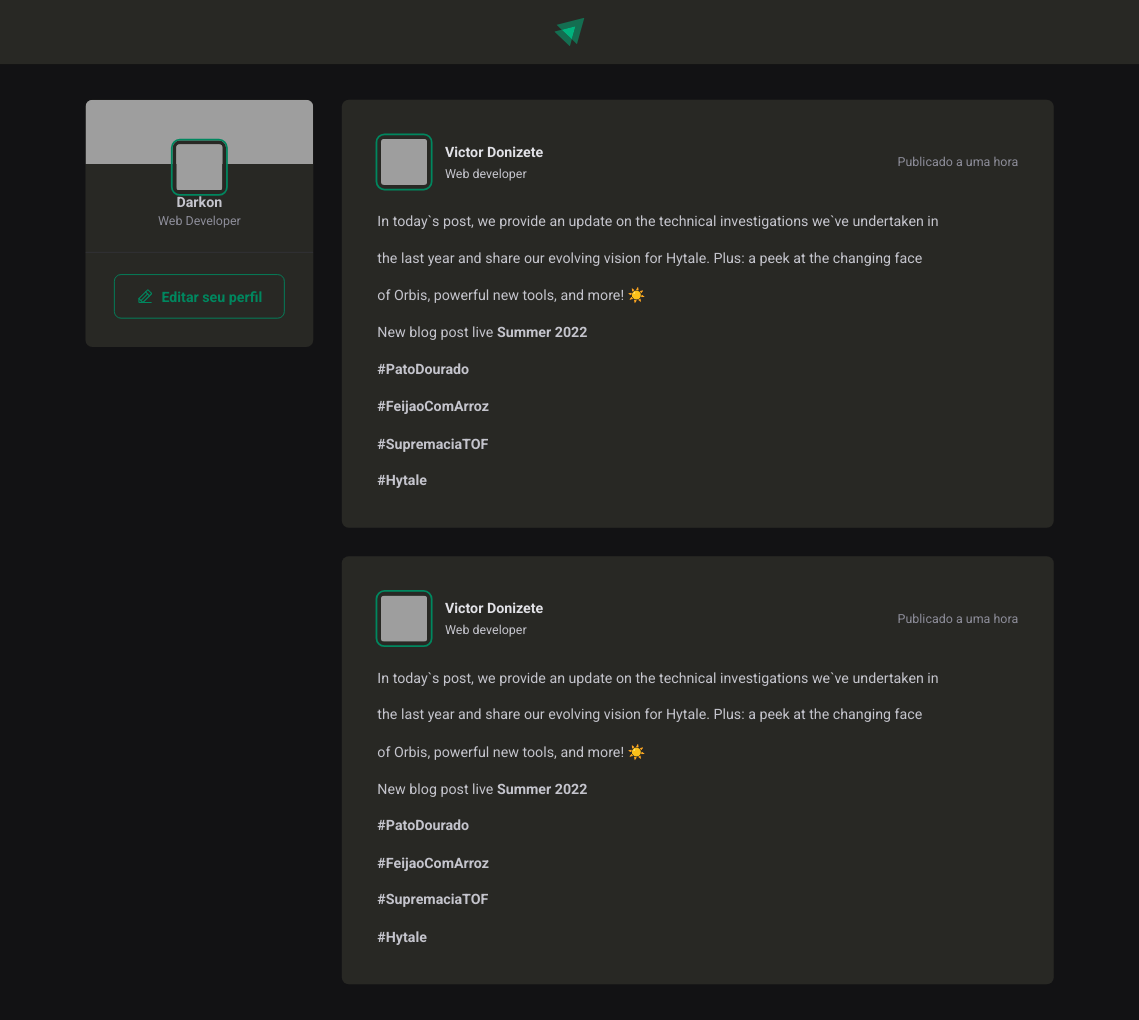
Repository: viviij/PseudoRedeSocial
Page: /
The author's editor kept a copy of each file at every save. The page is drawn from the files as they stood at one save, then again after the next save.
The browser window is 1280 px wide. The pictures show the whole page, at 89% of full size.
Pictures or frames that could not be fetched are drawn as grey boxes. The project was rebuilt for these pictures with package versions that can differ from the ones it lists, and the page was loaded fresh each time. Also part of the build but not shown: vite.config.js.

Above is the page before, as saved 2022-08-02 12:26:07.

### index.html
<!DOCTYPE html>
<html lang="en">
  <head>
    <meta charset="UTF-8" />
    <link rel="preconnect" href="https://fonts.googleapis.com">
    <link rel="preconnect" href="https://fonts.gstatic.com" crossorigin>
    <link rel="icon" type="image/svg+xml" href="/vite.svg" />
    <meta name="viewport" content="width=device-width, initial-scale=1.0" />
    <link href="https://fonts.googleapis.com/css2?family=Roboto:wght@400;700&display=swap" rel="stylesheet">
    <title>RedeSocial</title>
  </head>
  <body>
    <div id="root"></div>
    <script type="module" src="/src/main.jsx"></script>
  </body>
</html>

### src/App.jsx
import { Header } from "./components/header";
import { Sidebar } from "./components/Sidebar"
import { Post } from "./components/Post"

import styles from "./App.module.css"
import "./global.css"
export function App() {
  return (
    <div>
      <Header />

      <div className={styles.wrapper}>
        <Sidebar />
        <main>
          <Post
            author="Victor Donizete"
            content="Texto generico criado apenas para simular uma postagem"
          />
          <Post
            author="Fernanda Medeiros"
            content="Texto generico criado apenas para simular uma postagem"
          />
        </main>
      </div>
    </div>
  )
}

### src/components/header.jsx
import styles from "./Header.module.css"

import IgniteLogo from '../assets/IgniteLogo.svg'

export function Header() {
  return (
    <header className={styles.header}>
      <img src={IgniteLogo} alt="Logo da ignite" />
    </header>
  )
}

### src/components/Sidebar.jsx
import styles from "./Sidebar.module.css"
import { PencilLine } from "phosphor-react"

export function Sidebar() {
  return (
    <aside className={styles.sidebar}>
      <img
        className={styles.cover}
        src="https://images.unsplash.com/photo-1659095579647-7c1bbc73b36f?ixlib=rb-1.2.1&ixid=MnwxMjA3fDB8MHxlZGl0b3JpYWwtZmVlZHw1fHx8ZW58MHx8fHw%3D&auto=format&fit=crop&w=500&q=10" alt="plano de fundo"
      />

      <div className={styles.profile}>
        <img
          className={styles.avatar}
          src="https://github.com/viviij.png" alt="Foto de perfil" />

        <strong>Darkon</strong>
        <span>Web Developer</span>
      </div>

      <footer>
        <a
          href="#">
          <PencilLine
            size={20}
          />
          Editar seu perfil
        </a>
      </footer>
    </aside>
  )
}

### src/components/Post.jsx
import styles from "./Post.module.css"

export function Post() {
  return (
    <article className={styles.post}>
      <header>
        <div className={styles.author}>
          <img className={styles.avatar} src="https://github.com/viviij.png" alt="Foto do perfil" />
          <div className={styles.authorInfo}>
            <strong>Victor Donizete</strong>
            <span>Web developer</span>
          </div>
        </div>
        <time title="1 de agosto as 00:13h" dateTime="2022-05-11 00:13:46">Publicado a uma hora</time>
      </header>

      <div className={styles.content}>
        <p> In today`s post, we provide an update on the technical investigations we`ve undertaken in</p> <p> the last year and share our evolving vision for Hytale. Plus: a peek at the changing face </p>
        <p> of Orbis, powerful new tools, and more! ☀️ </p>
        <p>New blog post live <a href="https://hytale.com/news/2022/7/summer-2022-development-update">Summer 2022</a></p>

        <p><a href="#">#PatoDourado</a></p>{' '}
        <p><a href="#">#FeijaoComArroz</a></p>{' '}
        <p><a href="#">#SupremaciaTOF</a></p>{' '}
        <p><a href="#">#Hytale</a></p>
      </div>
    </article>
  )
}

### src/App.module.css
.wrapper {
  max-width: 70rem;
  margin: 2rem auto;
  padding: 0.5rem 1rem;

  display: grid;
  grid-template-columns: 256px 1fr;
  gap: 2rem;
  align-items: flex-start;

}

### src/global.css
:root {
  --white: #ffffff;

  --gray-100: #e1e1e6;
  --gray-300: #c4c4cc;
  --gray-400: #8d8d99;
  --gray-600: #323238;
  --gray-700: #29292e;
  --gray-800: #282824;
  --gray-900: #121214;

  --green-300: #00B37E;
  --green-500: #00875f;
}

* {
  margin: 0;
  padding: 0;
  box-sizing: border-box;
}

body {
  background: var(--gray-900);
  color: var(--gray-300);
  -webkit-font-smoothing: antialiased;
}

body,
input,
textarea,
button {
  font-family: 'Roboto', sans-serif;
  font-weight: 400;
  font-size: 1rem;
}

### src/components/Sidebar.module.css
.sidebar {
  background: var(--gray-800);
  border-radius: 8px;
  overflow: hidden;
}

.cover {
  width: 100%;
  height: 72px;
  object-fit: cover;
}

.profile {
  display: flex;
  flex-direction: column;
  align-items: center;

  margin-top: calc(0px - 1.5rem - 6px);
}

.avatar {
  width: calc(3rem + 12px);
  height: calc(3rem + 12px);
  border-radius: 8px;
  border: 4px solid var(--gray-800);
  outline: 2px solid var(--green-500);
}

.prfile strong {
  margin: 1rem;
  color: var(--gray-100);
  line-height: 1.6;
}

.profile span {
  font-size: 0.875rem;
  color: var(--gray-400);
  line-height: 1.6;
}

.sidebar footer {
  border-top: 1px solid var(--gray-600);
  margin-top: 1.5rem;
  padding: 1.5rem 2rem 2rem;
}

.sidebar footer a {
  width: 100%;
  background: transparent;
  color: var(--green-500);
  border: 1px solid var(--green-500);
  border-radius: 8px;
  height: 50px;
  padding: 0 1.5rem;
  font-weight: bold;
  display: block;
  text-decoration: none;

  display: flex;
  align-items: center;
  justify-content: center;

  gap: 0.5rem;

  transition: color 0.5s, background-color 0.5s;
}

.sidebar footer a:hover {
  background: var(--green-500);
  color: var(--white)
}

### src/components/Post.module.css
.post {
  background: var(--gray-800);
  border-radius: 8px;
  padding: 2.5rem;
}

.post+.post {
  margin-top: 2rem;
}

.content {
  line-height: 1.6;
  color: var(--gray-300);
  margin-top: 1.5rem;
}

.content p {
  margin-top: 1rem;
}

.content a {
  font-weight: bold;
  color: var(--gray-500);
  text-decoration: none;
}

.content a:hover {
  color: var(--green-300);
}

.post>header {
  display: flex;
  align-items: center;
  justify-content: space-between;
}

.post>header time {
  font-size: 0.875rem;
  color: var(--gray-400);
}

.author {
  display: flex;
  align-items: center;
  gap: 1rem;
}

.author img {
  width: calc(3rem + 12px);
  height: calc(3rem + 12px);
  border-radius: 8px;
  border: 4px solid var(--gray-800);
  outline: 2px solid var(--green-500);
}

.authorInfo strong {
  display: block;
  color: var(--gray-100);
  line-height: 1.6;
}

.authorInfo span {
  display: block;
  font-size: 0.875rem;
  color: var(--grey-400);
  line-height: 1.6;
}

Loaded but not shown: src/main.jsx (common file); src/components/Header.module.css (common file)

After the next save:
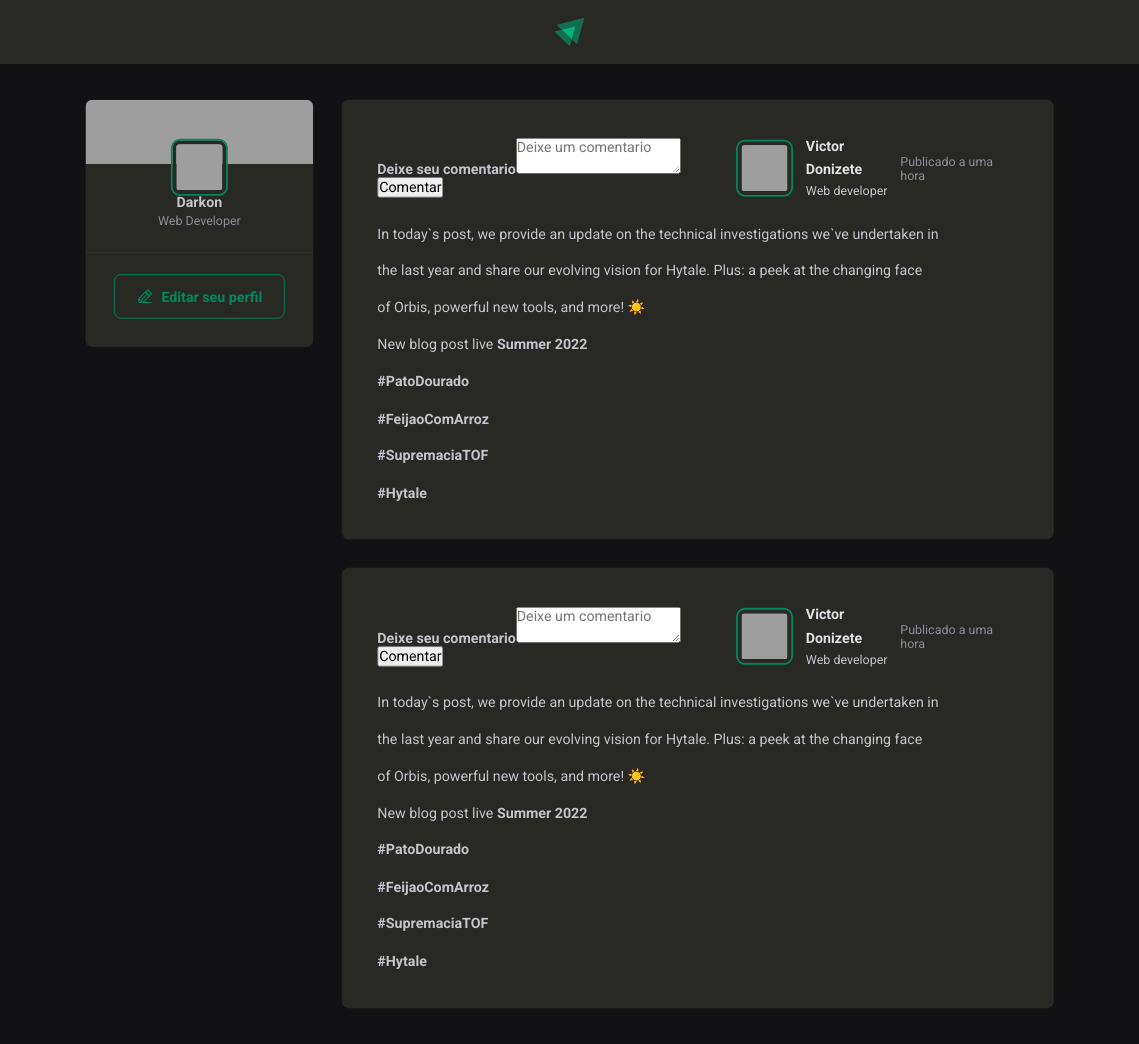
Saved 109 s later.
--- a/src/components/Post.jsx
+++ b/src/components/Post.jsx
@@ -4,6 +4,15 @@ export function Post() {
   return (
     <article className={styles.post}>
       <header>
+        <form className={styles.commentForm}>
+          <strong>Deixe seu comentario</strong>
+
+          <textarea
+            placeholder="Deixe um comentario"
+          />
+
+          <button type="submit">Comentar</button>
+        </form>
         <div className={styles.author}>
           <img className={styles.avatar} src="https://github.com/viviij.png" alt="Foto do perfil" />
           <div className={styles.authorInfo}>
@@ -24,6 +33,8 @@ export function Post() {
         <p><a href="#">#SupremaciaTOF</a></p>{' '}
         <p><a href="#">#Hytale</a></p>
       </div>
+
+
     </article>
   )
 }
